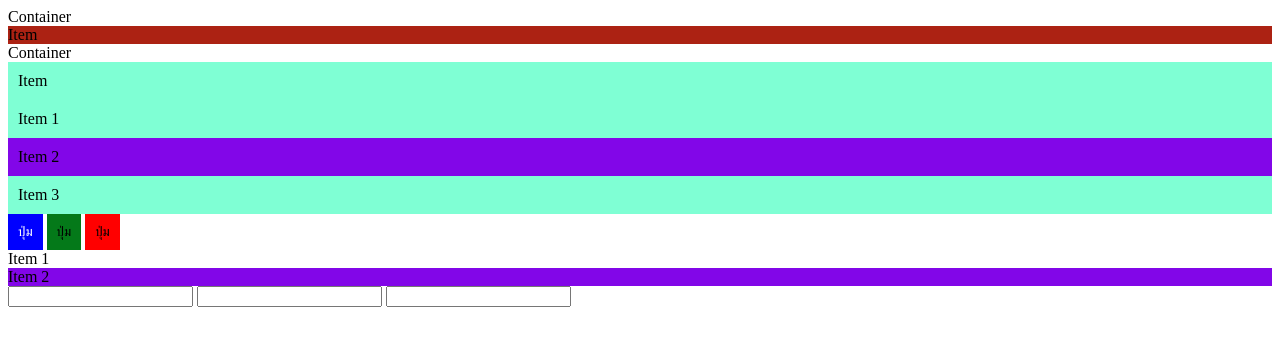
Repository: Onpreeya1/241-2567-820-
Page: index2.html
The author's editor kept a copy of each file at every save. The page is drawn from the files as they stood at one save, then again after the next save.
The browser window is 1280 px wide. The pictures show the whole page.

Above is the page before, as saved 2024-12-23 15:35:19.

After the next save:
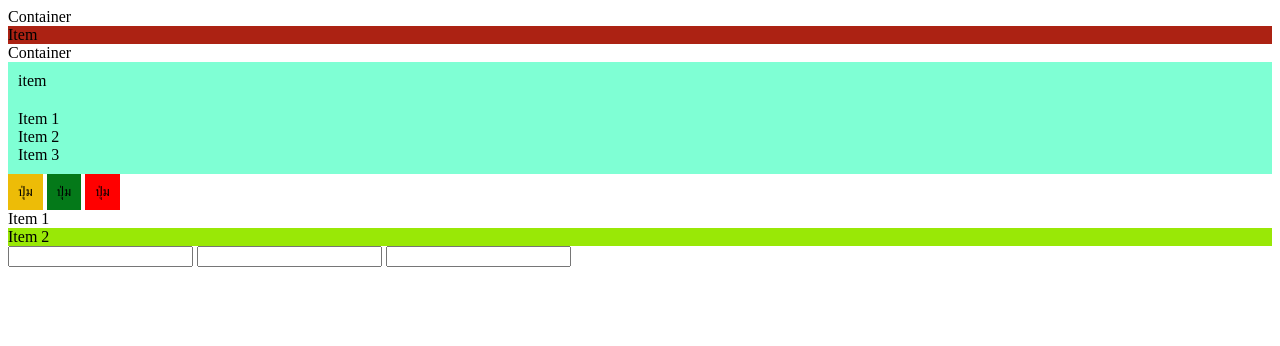
Saved 24 s later.
--- a/index2.html
+++ b/index2.html
@@ -5,35 +5,31 @@
     <meta name="viewport" content="width=device-width, initial-scale=1.0">
     <title>Document</title>
     <style>
-        .container .item {
+        .container .item{
             background-color: rgb(172, 34, 19);
         }
-        .main-container > .item {
+        .main-container >  .item{
             background-color: aquamarine;
             padding: 10px;
         }
-        .button {
+        .button{
             background-color: rgb(237, 188, 7);
-            border: 0;
-            padding: 10px;
+            border: 0px;
+            padding:  10px;
         }
-        .button:first-of-type {
-            background-color: blue; /* เปลี่ยนสีปุ่มแรก */
-            color: white; /* เปลี่ยนสีตัวอักษรในปุ่มแรก */
-        }
-        .button.active {
+        .button.active{
             background-color: rgb(4, 121, 25);
         }
-        .button.danger {
+        .button.danger{
             background-color: red;
         }
-        .item1 + .item2 {
-            background-color: rgb(130, 6, 232);
+        .item1 + .item2{
+            background-color: rgb(153, 232, 6);
         }
-        .input[type="text"] {
-            background-color: rgb(251, 255, 0);
+        .input[ type=text ]{
+            background-color: aqua;
             border: 1px solid black;
-            height: 20px; /* ปรับขนาดให้เหมาะสม */
+            height: 10px ;
         }
     </style>
 </head>
@@ -41,30 +37,40 @@
     <!--1. item เป็นลูกของ container-->
     <div class="container">
         Container
-        <div class="item">Item</div>
+        <div class="item">
+            Item
+        </div>
     </div>
 
-    <!--2. item เป็นลูกของ container เเค่ชั้นเดียว-->
+    <!--2. item เป็นลูกของ container เเค่ชั้นเดียว -->
     <div class="main-container">
         Container
-        <div class="item">Item</div>
-        <div class="item item1">Item 1</div>
-        <div class="item item2">Item 2</div>
-        <div class="item item3">Item 3</div>
+        <div class="item">
+           item
+            </div>
+        <div class="item 1">
+            Item 1
+        <div class="item 2 ">
+            Item 2
+            </div>
+        <div class="item 3" >
+            Item 3
+            </div>
+        </div>
     </div>
-
     <!--3. มี class ติดกัน-->
     <button class="button">ปุ่ม</button>
     <button class="button active">ปุ่ม</button>
     <button class="button danger">ปุ่ม</button>
 
-    <!--4. เพื่อนกัน (adjacent) -->
+    <!--4.เพื่อนกัน (adjecent)-->
     <div class="item1">Item 1</div>
     <div class="item2">Item 2</div>
 
-    <!--5. Attribute selector -->
+    <!--5.attribute selector-->
     <input type="text" name="username">
     <input type="text" name="password">
     <input type="text" name="email">
+
 </body>
 </html>
